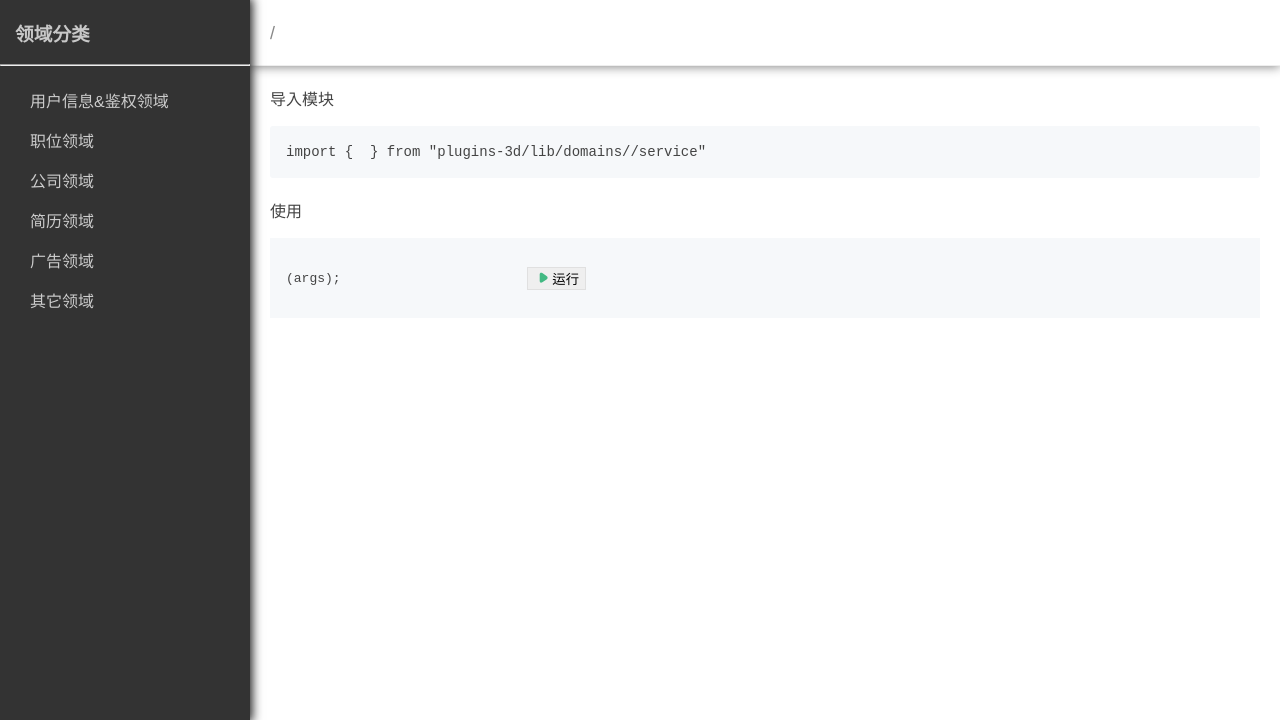
Repository: lsliangshan/inig-3d-doc
Page: /detail
An editor plug-in stored every save of this project. The page is shown before and after the next save, followed by the edit.
The browser window is 1280 px wide. The pictures show the whole page.
An inner scrolling area shows only its first screen. The project was rebuilt for these pictures with package versions that can differ from the ones it lists, and the page was loaded fresh each time. Also part of the build but not shown: vue.config.js, src/components/HelloWorld.vue, src/views/Home.vue, src/components/User.vue, src/components/Position.vue, src/components/Company.vue, src/components/Resume.vue, src/components/Ads.vue and 1 more. Imported but missing from the stored project, and not drawn on this page: ../plugins-3d/lib/domains/job/service, ../plugins-3d/lib/domains/user/service.

Above is the page before, as saved 2019-08-08 22:16:00.

After the next save:
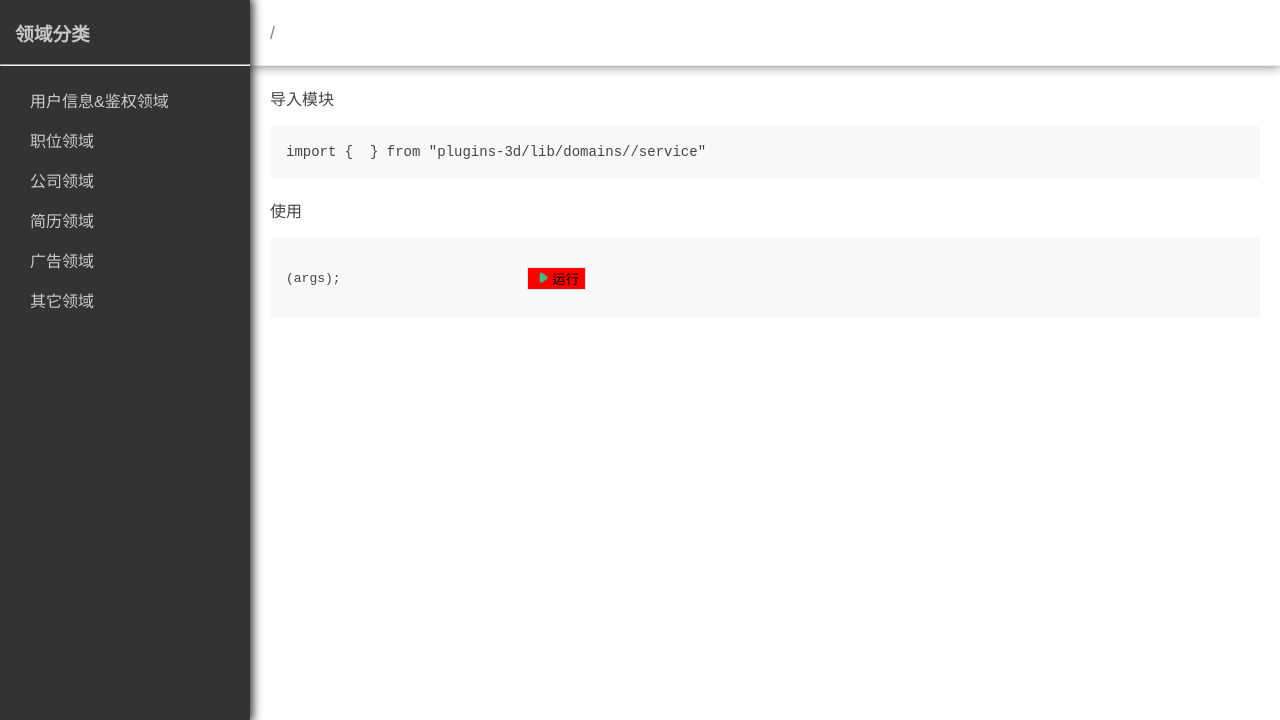
Saved 10 s later.
--- a/src/components/parts/DetailContent.vue
+++ b/src/components/parts/DetailContent.vue
@@ -147,7 +147,7 @@
   }
   .form_footer .btn_run {
     border: 1px solid #e0e0e0;
-    /* background-color: #fff; */
+    background-color: #f00;
     transition: all 0.2s ease-in-out;
     cursor: pointer;
     display: flex;
